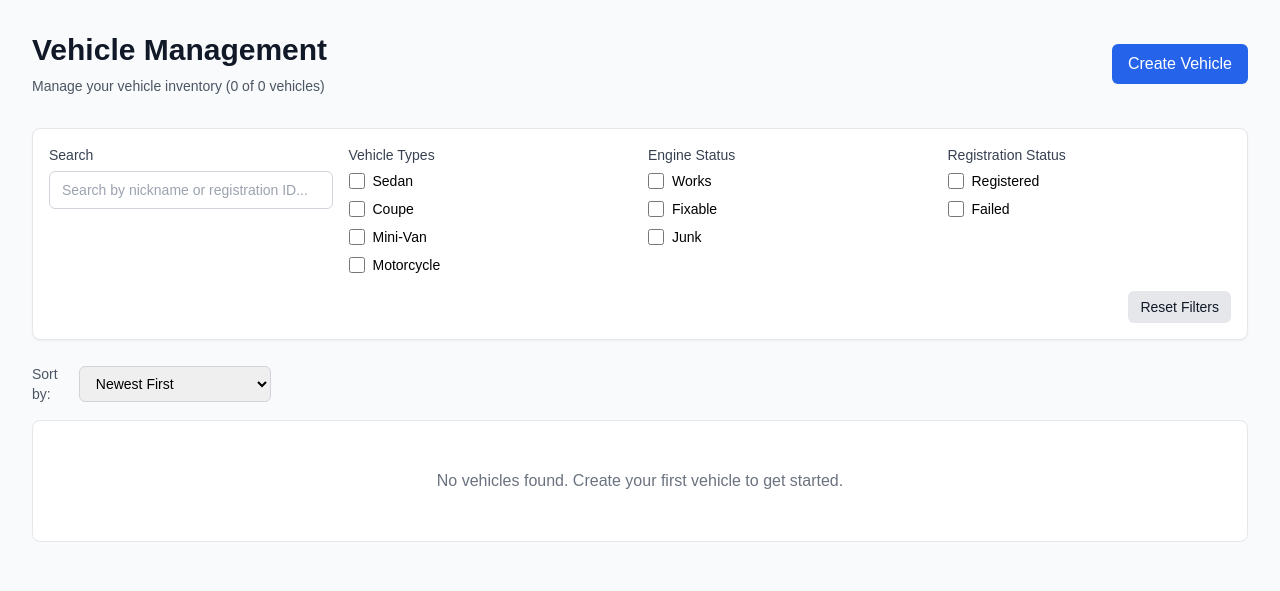
Repository: atomek88/vehicle-store
Page: /vehicles
The author's editor kept a copy of each file at every save. The page is drawn from the files as they stood at one save, then again after the next save.
The browser window is 1280 px wide. The pictures show the whole page.
The project was rebuilt for these pictures with package versions that can differ from the ones it lists, and the page was loaded fresh each time. The framework's server and built-in components were replaced by stand-ins that run in the browser. Also part of the build but not shown: next.config.ts, src/components/ui/Badge.tsx, src/components/vehicle/SedanFields.tsx, src/components/vehicle/CoupeFields.tsx, src/components/vehicle/MiniVanFields.tsx, src/components/vehicle/MotorcycleFields.tsx, src/components/vehicle/VehicleForm.tsx, src/components/ui/ConfirmDialog.tsx.

Above is the page before, as saved 2026-01-21 00:21:13.

### app/layout.tsx
import type { Metadata } from "next";
import { Geist, Geist_Mono } from "next/font/google";
import "./globals.css";
import { ToastProvider } from "@/hooks/use-toast";
import { VehicleProvider } from "@/hooks/use-vehicles";
import { ToastContainer } from "@/components/ui/Toast";

const geistSans = Geist({
  variable: "--font-geist-sans",
  subsets: ["latin"],
});

const geistMono = Geist_Mono({
  variable: "--font-geist-mono",
  subsets: ["latin"],
});

export const metadata: Metadata = {
  title: "Vehicle Management System",
  description: "Manage your vehicle inventory",
};

export default function RootLayout({
  children,
}: Readonly<{
  children: React.ReactNode;
}>) {
  return (
    <html lang="en">
      <body
        className={`${geistSans.variable} ${geistMono.variable} antialiased`}
        suppressHydrationWarning
      >
        <VehicleProvider>
          <ToastProvider>
            {children}
            <ToastContainer />
          </ToastProvider>
        </VehicleProvider>
      </body>
    </html>
  );
}

### app/vehicles/page.tsx
'use client';

import { useState } from 'react';
import { useRouter } from 'next/navigation';
import { useVehicles } from '@/hooks/use-vehicles';
import { useToast } from '@/hooks/use-toast';
import { VehicleTable } from '@/components/vehicle/VehicleTable';
import { FiltersBar } from '@/components/vehicle/FiltersBar';
import { VehicleForm } from '@/components/vehicle/VehicleForm';
import { Button } from '@/components/ui/Button';
import { ConfirmDialog } from '@/components/ui/ConfirmDialog';
import { Select } from '@/components/ui/Select';
import { VehicleSorting } from '@/types';

export default function VehiclesPage() {
  const router = useRouter();
  const { state, filteredVehicles, setFilters, resetFilters, setSorting, createVehicle, deleteVehicle } = useVehicles();
  const { showToast } = useToast();
  const [isCreateModalOpen, setIsCreateModalOpen] = useState(false);
  const [deleteConfirm, setDeleteConfirm] = useState<{ isOpen: boolean; vehicleId: string | null }>({
    isOpen: false,
    vehicleId: null,
  });

  const handleDelete = async () => {
    if (!deleteConfirm.vehicleId) return;

    const result = await deleteVehicle(deleteConfirm.vehicleId);

    if (result.ok) {
      showToast('success', 'Vehicle deleted successfully');
    } else {
      showToast('error', result.error);
    }

    setDeleteConfirm({ isOpen: false, vehicleId: null });
  };

  const handleSortChange = (value: string) => {
    const [key, direction] = value.split('-') as [VehicleSorting['key'], VehicleSorting['direction']];
    setSorting({ key, direction });
  };

  if (state.hydrationStatus === 'loading') {
    return (
      <div className="flex min-h-screen items-center justify-center">
        <p className="text-gray-500">Loading vehicles...</p>
      </div>
    );
  }

  if (state.hydrationStatus === 'error') {
    return (
      <div className="flex min-h-screen items-center justify-center">
        <div className="text-center">
          <p className="text-red-600">Error loading vehicles</p>
          <p className="mt-2 text-sm text-gray-500">{state.hydrationError}</p>
        </div>
      </div>
    );
  }

  return (
    <div className="min-h-screen bg-gray-50 p-8">
      <div className="mx-auto max-w-7xl">
        <div className="mb-8 flex items-center justify-between">
          <div>
            <h1 className="text-3xl font-bold text-gray-900">Vehicle Management</h1>
            <p className="mt-2 text-sm text-gray-600">
              Manage your vehicle inventory ({filteredVehicles.length} of {state.vehicles.length} vehicles)
            </p>
          </div>
          <Button onClick={() => setIsCreateModalOpen(true)}>Create Vehicle</Button>
        </div>

        <div className="mb-6">
          <FiltersBar
            filters={state.filters}
            onFiltersChange={setFilters}
            onReset={resetFilters}
          />
        </div>

        <div className="mb-4 flex justify-between">
          <div className="flex items-center gap-2">
            <span className="text-sm text-gray-600">Sort by:</span>
            <Select
              options={[
                { value: 'createdAt-desc', label: 'Newest First' },
                { value: 'createdAt-asc', label: 'Oldest First' },
                { value: 'nickname-asc', label: 'Nickname (A-Z)' },
                { value: 'nickname-desc', label: 'Nickname (Z-A)' },
                { value: 'mileage-asc', label: 'Mileage (Low to High)' },
                { value: 'mileage-desc', label: 'Mileage (High to Low)' },
              ]}
              value={`${state.sorting.key}-${state.sorting.direction}`}
              onChange={(e) => handleSortChange(e.target.value)}
            />
          </div>
        </div>

        <VehicleTable
          vehicles={filteredVehicles}
          onView={(id) => router.push(`/vehicles/${id}`)}
          onEdit={(id) => router.push(`/vehicles/${id}/edit`)}
          onDelete={(id) => setDeleteConfirm({ isOpen: true, vehicleId: id })}
        />

        {isCreateModalOpen && (
          <div className="fixed inset-0 z-50 flex items-center justify-center bg-black/50 p-4">
            <div className="w-full max-w-2xl rounded-lg bg-white p-6 shadow-xl">
              <h2 className="mb-6 text-2xl font-semibold text-gray-900">Create New Vehicle</h2>
              <VehicleForm
                onSubmit={async (data) => {
                  const result = await createVehicle(data);
                  if (result.ok) {
                    showToast('success', 'Vehicle created successfully');
                    setIsCreateModalOpen(false);
                  } else {
                    showToast('error', result.error);
                  }
                }}
                onCancel={() => setIsCreateModalOpen(false)}
              />
            </div>
          </div>
        )}

        <ConfirmDialog
          isOpen={deleteConfirm.isOpen}
          onClose={() => setDeleteConfirm({ isOpen: false, vehicleId: null })}
          onConfirm={handleDelete}
          title="Delete Vehicle"
          message="Are you sure you want to delete this vehicle? This action cannot be undone."
          confirmText="Delete"
          variant="danger"
        />
      </div>
    </div>
  );
}

### app/globals.css
@tailwind base;
@tailwind components;
@tailwind utilities;

@layer base {
  :root {
    --background: 0 0% 100%;
    --foreground: 222.2 84% 4.9%;
  }

  body {
    background: #f9fafb;
    color: var(--foreground);
    font-family: Arial, Helvetica, sans-serif;
    min-height: 100vh;
  }

  /* Enhanced focus indicators for accessibility */
  *:focus-visible {
    outline: 3px solid #3b82f6;
    outline-offset: 2px;
    border-radius: 4px;
  }

  /* Ensure buttons and links have visible focus */
  button:focus-visible,
  a:focus-visible,
  input:focus-visible,
  select:focus-visible,
  textarea:focus-visible {
    outline: 3px solid #3b82f6;
    outline-offset: 2px;
  }
}

@layer components {
  /* Enhanced card styling */
  .card {
    @apply rounded-xl border border-gray-200 bg-white shadow-sm transition-shadow hover:shadow-md;
  }

  /* Enhanced button styling */
  .btn-primary {
    @apply rounded-lg px-6 py-3 font-semibold shadow-sm transition-all hover:shadow-md;
  }

  /* Better spacing utilities */
  .section-spacing {
    @apply space-y-6;
  }
}

### src/hooks/use-toast.tsx
'use client';

import { createContext, useContext, useState, useCallback } from 'react';

// ═══════════════════════════════════════════════════════════════════════════
// TYPES
// ═══════════════════════════════════════════════════════════════════════════

export type ToastType = 'success' | 'error' | 'info' | 'warning';

export interface Toast {
  id: string;
  type: ToastType;
  message: string;
  duration?: number;
}

interface ToastContextValue {
  toasts: Toast[];
  showToast: (type: ToastType, message: string, duration?: number) => void;
  dismissToast: (id: string) => void;
}

// ═══════════════════════════════════════════════════════════════════════════
// CONTEXT
// ═══════════════════════════════════════════════════════════════════════════

const ToastContext = createContext<ToastContextValue | null>(null);

// ═══════════════════════════════════════════════════════════════════════════
// PROVIDER
// ═══════════════════════════════════════════════════════════════════════════

export function ToastProvider({ children }: { children: React.ReactNode }) {
  const [toasts, setToasts] = useState<Toast[]>([]);

  const showToast = useCallback((type: ToastType, message: string, duration = 5000) => {
    const id = Math.random().toString(36).substring(2, 11);
    const toast: Toast = { id, type, message, duration };

    setToasts((prev) => [...prev, toast]);

    // Auto-dismiss after duration
    if (duration > 0) {
      setTimeout(() => {
        dismissToast(id);
      }, duration);
    }
  }, []);

  const dismissToast = useCallback((id: string) => {
    setToasts((prev) => prev.filter((toast) => toast.id !== id));
  }, []);

  const value: ToastContextValue = {
    toasts,
    showToast,
    dismissToast,
  };

  return <ToastContext.Provider value={value}>{children}</ToastContext.Provider>;
}

// ═══════════════════════════════════════════════════════════════════════════
// HOOK
// ═══════════════════════════════════════════════════════════════════════════

export function useToast() {
  const context = useContext(ToastContext);

  if (!context) {
    throw new Error('useToast must be used within a ToastProvider');
  }

  return context;
}

### src/components/ui/Toast.tsx
'use client';

import { useEffect } from 'react';
import { clsx } from 'clsx';
import { useToast, Toast as ToastType } from '@/hooks/use-toast';

export function ToastContainer() {
  const { toasts } = useToast();

  return (
    <div className="pointer-events-none fixed bottom-0 right-0 z-50 flex max-h-screen w-full flex-col-reverse gap-2 p-4 sm:max-w-md">
      {toasts.map((toast) => (
        <ToastItem key={toast.id} toast={toast} />
      ))}
    </div>
  );
}

function ToastItem({ toast }: { toast: ToastType }) {
  const { dismissToast } = useToast();

  useEffect(() => {
    if (toast.duration && toast.duration > 0) {
      const timer = setTimeout(() => {
        dismissToast(toast.id);
      }, toast.duration);

      return () => clearTimeout(timer);
    }
    return undefined;
  }, [toast.id, toast.duration, dismissToast]);

  return (
    <div
      role="alert"
      aria-live="assertive"
      aria-atomic="true"
      className={clsx(
        'pointer-events-auto relative flex w-full items-center justify-between gap-3 overflow-hidden rounded-lg border p-4 shadow-lg transition-all',
        {
          'border-green-200 bg-green-50': toast.type === 'success',
          'border-red-200 bg-red-50': toast.type === 'error',
          'border-yellow-200 bg-yellow-50': toast.type === 'warning',
          'border-blue-200 bg-blue-50': toast.type === 'info',
        }
      )}
    >
      <div className="flex-1">
        <p
          className={clsx('text-sm font-medium', {
            'text-green-900': toast.type === 'success',
            'text-red-900': toast.type === 'error',
            'text-yellow-900': toast.type === 'warning',
            'text-blue-900': toast.type === 'info',
          })}
        >
          {toast.message}
        </p>
      </div>
      <button
        onClick={() => dismissToast(toast.id)}
        className={clsx(
          'rounded-md p-1 transition-colors hover:bg-black/5',
          {
            'text-green-700': toast.type === 'success',
            'text-red-700': toast.type === 'error',
            'text-yellow-700': toast.type === 'warning',
            'text-blue-700': toast.type === 'info',
          }
        )}
        aria-label="Dismiss"
      >
        <svg
          xmlns="http://www.w3.org/2000/svg"
          width="16"
          height="16"
          viewBox="0 0 24 24"
          fill="none"
          stroke="currentColor"
          strokeWidth="2"
          strokeLinecap="round"
          strokeLinejoin="round"
        >
          <line x1="18" y1="6" x2="6" y2="18" />
          <line x1="6" y1="6" x2="18" y2="18" />
        </svg>
      </button>
    </div>
  );
}

### src/components/ui/Button.tsx
import { ButtonHTMLAttributes, forwardRef } from 'react';
import { clsx } from 'clsx';

export interface ButtonProps extends ButtonHTMLAttributes<HTMLButtonElement> {
  variant?: 'primary' | 'secondary' | 'danger' | 'ghost';
  size?: 'sm' | 'md' | 'lg';
}

export const Button = forwardRef<HTMLButtonElement, ButtonProps>(
  ({ className, variant = 'primary', size = 'md', disabled, ...props }, ref) => {
    return (
      <button
        ref={ref}
        disabled={disabled}
        className={clsx(
          'inline-flex items-center justify-center rounded-md font-medium transition-colors',
          'focus-visible:outline-none focus-visible:ring-2 focus-visible:ring-offset-2',
          'disabled:pointer-events-none disabled:opacity-50',
          {
            'bg-blue-600 text-white hover:bg-blue-700 focus-visible:ring-blue-600': variant === 'primary',
            'bg-gray-200 text-gray-900 hover:bg-gray-300 focus-visible:ring-gray-400': variant === 'secondary',
            'bg-red-600 text-white hover:bg-red-700 focus-visible:ring-red-600': variant === 'danger',
            'bg-transparent hover:bg-gray-100 focus-visible:ring-gray-400': variant === 'ghost',
          },
          {
            'h-8 px-3 text-sm': size === 'sm',
            'h-10 px-4 text-base': size === 'md',
            'h-12 px-6 text-lg': size === 'lg',
          },
          className
        )}
        {...props}
      />
    );
  }
);

Button.displayName = 'Button';

### src/components/ui/Select.tsx
import { SelectHTMLAttributes, forwardRef } from 'react';
import { clsx } from 'clsx';

export interface SelectOption {
  value: string;
  label: string;
}

export interface SelectProps extends SelectHTMLAttributes<HTMLSelectElement> {
  label?: string;
  error?: string | undefined;
  helperText?: string;
  options: SelectOption[];
  placeholder?: string;
}

export const Select = forwardRef<HTMLSelectElement, SelectProps>(
  ({ className, label, error, helperText, id, options, placeholder, ...props }, ref) => {
    const selectId = id || label?.toLowerCase().replace(/\s+/g, '-');

    return (
      <div className="w-full">
        {label && (
          <label
            htmlFor={selectId}
            className="mb-1.5 block text-sm font-medium text-gray-700"
          >
            {label}
          </label>
        )}
        <select
          ref={ref}
          id={selectId}
          className={clsx(
            'w-full rounded-md border px-3 py-2 text-sm transition-colors',
            'focus:outline-none focus:ring-2 focus:ring-offset-1',
            'disabled:cursor-not-allowed disabled:opacity-50',
            error
              ? 'border-red-500 focus:border-red-500 focus:ring-red-500'
              : 'border-gray-300 focus:border-blue-500 focus:ring-blue-500',
            className
          )}
          aria-invalid={error ? 'true' : 'false'}
          aria-describedby={error ? `${selectId}-error` : helperText ? `${selectId}-helper` : undefined}
          {...props}
        >
          {placeholder && (
            <option value="" disabled>
              {placeholder}
            </option>
          )}
          {options.map((option) => (
            <option key={option.value} value={option.value}>
              {option.label}
            </option>
          ))}
        </select>
        {error && (
          <p id={`${selectId}-error`} className="mt-1.5 text-sm text-red-600">
            {error}
          </p>
        )}
        {helperText && !error && (
          <p id={`${selectId}-helper`} className="mt-1.5 text-sm text-gray-500">
            {helperText}
          </p>
        )}
      </div>
    );
  }
);

Select.displayName = 'Select';

### src/components/ui/Input.tsx
import { InputHTMLAttributes, forwardRef } from 'react';
import { clsx } from 'clsx';

export interface InputProps extends InputHTMLAttributes<HTMLInputElement> {
  label?: string;
  error?: string | undefined;
  helperText?: string;
}

export const Input = forwardRef<HTMLInputElement, InputProps>(
  ({ className, label, error, helperText, id, ...props }, ref) => {
    const inputId = id || label?.toLowerCase().replace(/\s+/g, '-');

    return (
      <div className="w-full">
        {label && (
          <label
            htmlFor={inputId}
            className="mb-1.5 block text-sm font-medium text-gray-700"
          >
            {label}
          </label>
        )}
        <input
          ref={ref}
          id={inputId}
          className={clsx(
            'w-full rounded-md border px-3 py-2 text-sm transition-colors',
            'placeholder:text-gray-400',
            'focus:outline-none focus:ring-2 focus:ring-offset-1',
            'disabled:cursor-not-allowed disabled:opacity-50',
            error
              ? 'border-red-500 focus:border-red-500 focus:ring-red-500'
              : 'border-gray-300 focus:border-blue-500 focus:ring-blue-500',
            className
          )}
          aria-invalid={error ? 'true' : 'false'}
          aria-describedby={error ? `${inputId}-error` : helperText ? `${inputId}-helper` : undefined}
          {...props}
        />
        {error && (
          <p id={`${inputId}-error`} className="mt-1.5 text-sm text-red-600">
            {error}
          </p>
        )}
        {helperText && !error && (
          <p id={`${inputId}-helper`} className="mt-1.5 text-sm text-gray-500">
            {helperText}
          </p>
        )}
      </div>
    );
  }
);

Input.displayName = 'Input';

### src/lib/registration.ts
import { VehicleType, Registration } from '@/types';

// ═══════════════════════════════════════════════════════════════════════════
// REGISTRATION BUSINESS RULES
// ═══════════════════════════════════════════════════════════════════════════

/**
 * Business rules for vehicle registration:
 * - All vehicles register successfully when created
 * - Registration is immutable after creation
 */

interface RegistrationInput {
  type: VehicleType;
}

/**
 * Registers a vehicle and generates a unique registration ID.
 * Always returns a successful registration.
 */
export function attemptRegistration(input: RegistrationInput): Registration {
  const { type } = input;

  return {
    status: 'registered',
    registrationId: generateRegistrationId(type),
  };
}

/**
 * Generates a registration ID in the format: TYPE-XXXXX
 * where TYPE is the uppercase vehicle type and XXXXX is a random alphanumeric string.
 */
function generateRegistrationId(type: VehicleType): string {
  const prefix = type.toUpperCase().replace('-', '');
  const suffix = Math.random().toString(36).substring(2, 7).toUpperCase();
  return `${prefix}-${suffix}`;
}

/**
 * Checks if a registration represents a successful registration.
 */
export function isRegistered(registration: Registration): registration is { status: 'registered'; registrationId: string } {
  return registration.status === 'registered';
}

/**
 * Checks if a registration represents a failed registration.
 */
export function isFailed(registration: Registration): registration is { status: 'failed'; registrationError: string } {
  return registration.status === 'failed';
}

### src/lib/defaults.ts
import { VehicleType, EngineStatus, SeatStatus } from '@/types';

// ═══════════════════════════════════════════════════════════════════════════
// DEFAULT VALUES FOR VEHICLE FIELDS
// ═══════════════════════════════════════════════════════════════════════════

/**
 * Default engine status for all vehicles
 */
export const DEFAULT_ENGINE_STATUS: EngineStatus = 'works';

/**
 * Default seat status for motorcycles
 */
export const DEFAULT_SEAT_STATUS: SeatStatus = 'works';

/**
 * Default number of wheels based on vehicle type
 */
export function getDefaultWheels(type: VehicleType): 0 | 1 | 2 | 3 | 4 {
  switch (type) {
    case 'sedan':
    case 'coupe':
    case 'mini-van':
      return 4;
    case 'motorcycle':
      return 2;
    default:
      // Exhaustiveness check - TypeScript will error if we miss a case
      const _exhaustive: never = type;
      return _exhaustive;
  }
}

/**
 * Default number of doors based on vehicle type
 */
export function getDefaultDoors(type: VehicleType): 0 | 1 | 2 | 3 | 4 {
  switch (type) {
    case 'sedan':
    case 'mini-van':
      return 4;
    case 'coupe':
      return 2;
    case 'motorcycle':
      // Motorcycles don't have doors field, but TypeScript requires all cases
      return 0;
    default:
      const _exhaustive: never = type;
      return _exhaustive;
  }
}

/**
 * Default door configuration for mini-vans
 * Returns an array of door configs matching the number of doors
 */
export function getDefaultDoorConfig(doors: number): Array<{ sliding: boolean }> {
  return Array.from({ length: doors }, (_, index) => ({
    // First two doors are regular, rest are sliding
    sliding: index >= 2,
  }));
}

Loaded but not shown: tailwind.config.ts (common file); src/hooks/use-vehicles.tsx (307 lines, source omitted); src/lib/vehicle-service.ts (273 lines, source omitted); src/validations/schemas.ts (199 lines, source omitted); src/components/vehicle/FiltersBar.tsx (114 lines, source omitted); src/components/vehicle/VehicleTable.tsx (113 lines, source omitted); src/lib/storage.ts (112 lines, source omitted)

After the next save:
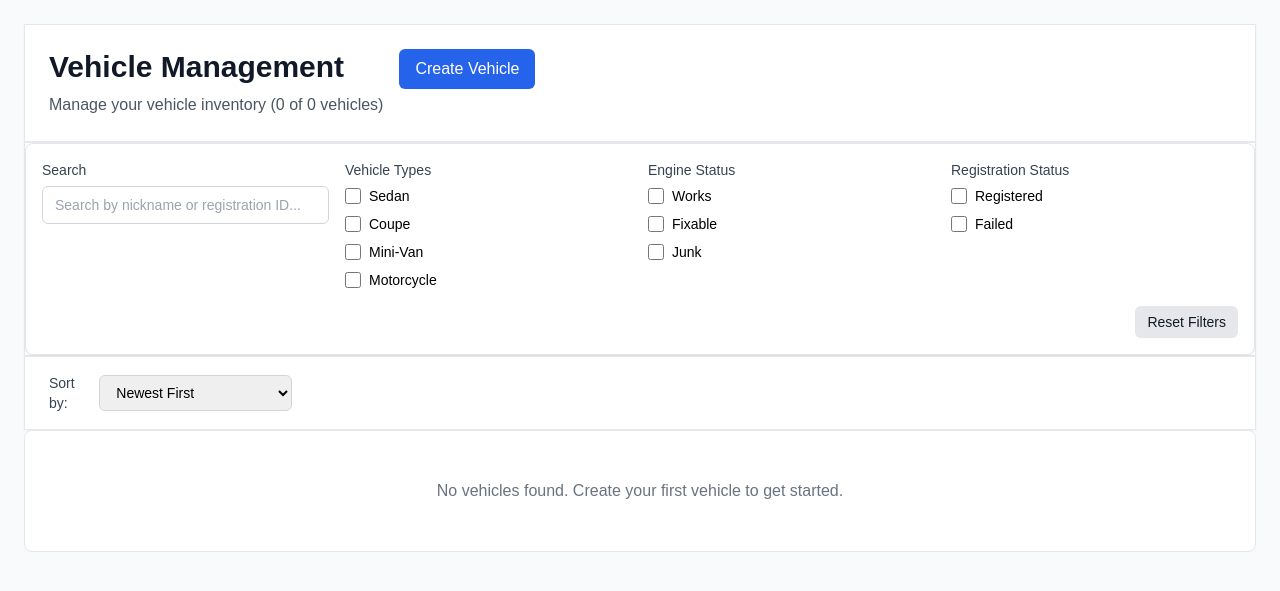
Saved 13 s later.
--- a/app/vehicles/page.tsx
+++ b/app/vehicles/page.tsx
@@ -61,19 +61,25 @@ export default function VehiclesPage() {
   }
 
   return (
-    <div className="min-h-screen bg-gray-50 p-8">
-      <div className="mx-auto max-w-7xl">
-        <div className="mb-8 flex items-center justify-between">
-          <div>
-            <h1 className="text-3xl font-bold text-gray-900">Vehicle Management</h1>
-            <p className="mt-2 text-sm text-gray-600">
-              Manage your vehicle inventory ({filteredVehicles.length} of {state.vehicles.length} vehicles)
-            </p>
+    <div className="min-h-screen bg-gray-50 p-6 md:p-8 lg:p-12">
+      <div className="mx-auto max-w-7xl space-y-8">
+        {/* Header Section */}
+        <div className="rounded-xl border border-gray-200 bg-white p-6 shadow-sm md:p-8">
+          <div className="flex flex-col gap-4 md:flex-row md:items-center md:justify-between">
+            <div>
+              <h1 className="text-3xl font-bold text-gray-900 md:text-4xl">Vehicle Management</h1>
+              <p className="mt-2 text-base text-gray-600">
+                Manage your vehicle inventory ({filteredVehicles.length} of {state.vehicles.length} vehicles)
+              </p>
+            </div>
+            <Button onClick={() => setIsCreateModalOpen(true)} className="shadow-md">
+              Create Vehicle
+            </Button>
           </div>
-          <Button onClick={() => setIsCreateModalOpen(true)}>Create Vehicle</Button>
         </div>
 
-        <div className="mb-6">
+        {/* Filters Section */}
+        <div className="rounded-xl border border-gray-200 bg-white shadow-sm">
           <FiltersBar
             filters={state.filters}
             onFiltersChange={setFilters}
@@ -81,9 +87,10 @@ export default function VehiclesPage() {
           />
         </div>
 
-        <div className="mb-4 flex justify-between">
-          <div className="flex items-center gap-2">
-            <span className="text-sm text-gray-600">Sort by:</span>
+        {/* Sort Controls */}
+        <div className="flex items-center justify-between rounded-xl border border-gray-200 bg-white px-6 py-4 shadow-sm">
+          <div className="flex items-center gap-3">
+            <span className="text-sm font-medium text-gray-700">Sort by:</span>
             <Select
               options={[
                 { value: 'createdAt-desc', label: 'Newest First' },
